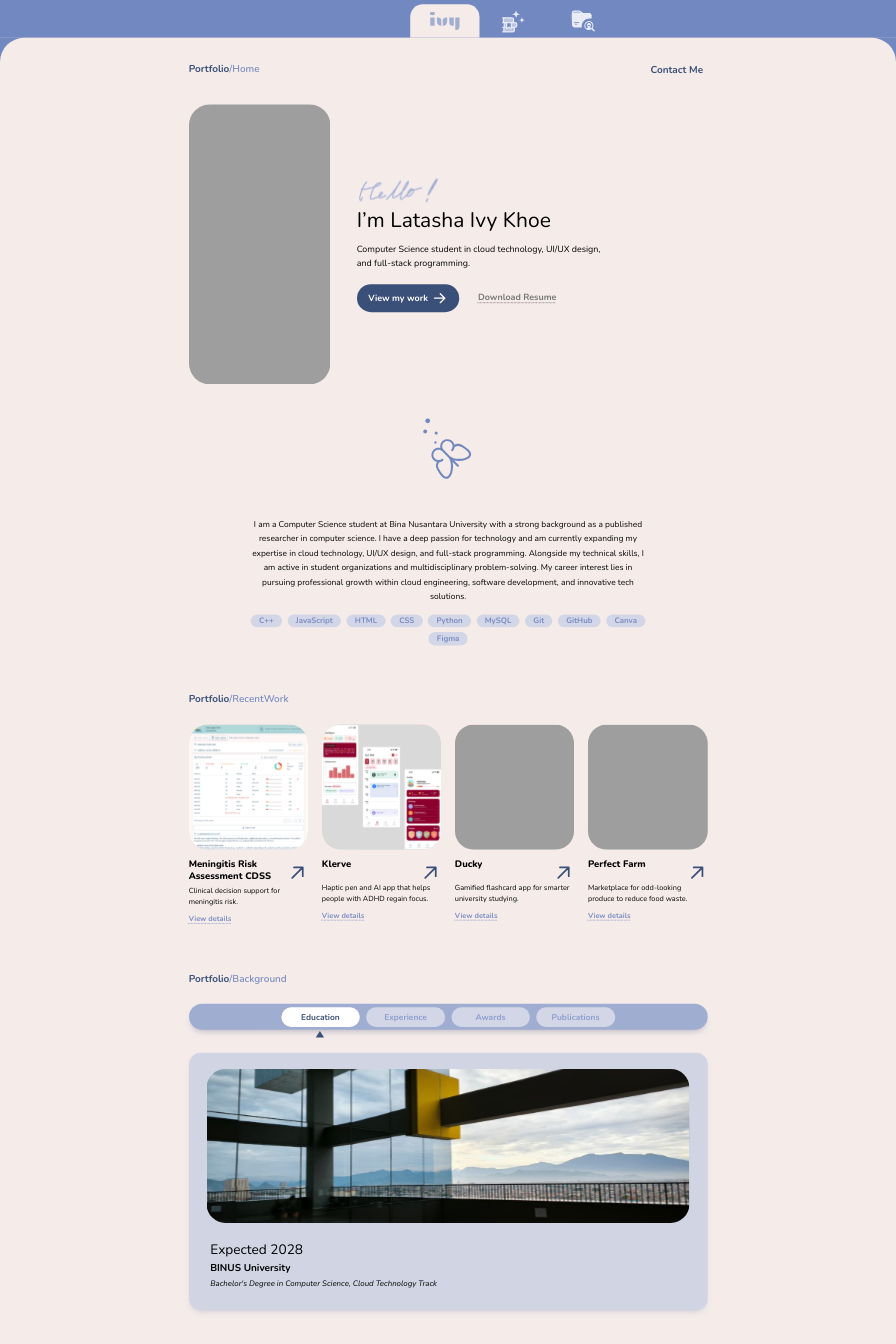
Repository: L-vy/L-vy
Page: /
These files come from the project's save history. The page is drawn as it stood at one moment and after a run of saves; the edit follows.
The browser window is 1280 px wide. The pictures show the part of the page from y = 0 to 1920 px (the page is 2297 px tall before and 2872 px after), at 70% of full size.
Pictures or frames that could not be fetched are drawn as grey boxes. Some web fonts or font styles are not loaded; a fallback is used. The project was rebuilt for these pictures with package versions that can differ from the ones it lists, and the page was loaded fresh each time. Also part of the build but not shown: vite.config.ts, src/components/ExperienceBinder.tsx, src/components/FolderCard.tsx, src/components/ProjectSidebar.tsx, src/pages/ProjectDetails.tsx.

Above is the page before, as saved 2026-10-07 20:44:59.

### index.html
<!doctype html>
<html lang="en">
  <head>
    <meta charset="UTF-8" />
    <meta name="viewport" content="width=device-width, initial-scale=1.0" />
    <meta name="description" content="Portfolio of Latasha Ivy Khoe, Computer Science student specializing in Cloud Technology, UI/UX design and full-stack development." />
    <meta name="theme-color" content="#7288c1" />
    <link rel="icon" href="/images/ivy-logo.svg" />
    <link rel="preconnect" href="https://fonts.googleapis.com" />
    <link rel="preconnect" href="https://fonts.gstatic.com" crossorigin />
    <link href="https://fonts.googleapis.com/css2?family=Nunito:ital,wght@0,400;0,600;0,700;0,800;1,400&family=Playwrite+US+Modern:wght@100..400&display=swap" rel="stylesheet" />
    <title>Latasha Ivy Khoe | Portfolio</title>
  </head>
  <body>
    <div id="root"></div>
    <script type="module" src="/src/main.tsx"></script>
  </body>
</html>

### src/main.tsx
import { StrictMode } from 'react'
import { createRoot } from 'react-dom/client'
import App from './App'
import './styles.css'
createRoot(document.getElementById('root')!).render(<StrictMode><App /></StrictMode>)

### src/App.tsx
import { BrowserRouter, Route, Routes } from 'react-router-dom'
import Home from './pages/Home'
import ProjectDetails from './pages/ProjectDetails'
import CursorCircle from './components/CursorCircle'
export default function App() {
  return (
    <BrowserRouter>
      <CursorCircle />
      <Routes>
        <Route path="/" element={<Home />} />
        <Route path="/recentworks/:id" element={<ProjectDetails />} />
        <Route path="*" element={<Home />} />
      </Routes>
    </BrowserRouter>
  )
}

### src/pages/Home.tsx
import { useEffect } from 'react'
import { useLocation } from 'react-router-dom'
import Navbar from '../components/Navbar'
import Hero from '../components/Hero'
import Skills from '../components/Skills'
import RecentWorks from '../components/RecentWorks'
import Background from '../components/Background'
import ContactSection from '../components/ContactSection'
import Footer from '../components/Footer'
import { pulseContact, scrollToId } from '../components/useGoTo'
export default function Home() {
  const { state } = useLocation() as { state: { scrollTo?: string; pulse?: boolean } | null }
  useEffect(() => {
    if (!state?.scrollTo) { window.scrollTo(0, 0); return }
    const t = setTimeout(() => { scrollToId(state.scrollTo!); if (state.pulse) setTimeout(pulseContact, 700) }, 80)
    return () => clearTimeout(t)
  }, [state])
  return (<>
    <Navbar />
    <main className="page"><Hero /><Skills /><RecentWorks /><Background /><ContactSection /></main>
    <Footer />
  </>)
}

### src/components/CursorCircle.tsx
import { useEffect, useRef } from 'react'
// Soft circle that follows the pointer and expands over buttons/links. Hidden on touch devices.
export default function CursorCircle() {
  const ref = useRef<HTMLDivElement>(null)
  useEffect(() => {
    if (!window.matchMedia('(hover: hover) and (pointer: fine)').matches) return
    const el = ref.current!
    const move = (e: MouseEvent) => {
      const over = (e.target as Element | null)?.closest('a,button,[data-cursor]')
      el.style.transform = `translate(${e.clientX}px,${e.clientY}px) translate(-50%,-50%) scale(${over ? 1 : 0})`
    }
    const leave = () => { el.style.transform = 'translate(-100px,-100px) scale(0)' }
    window.addEventListener('mousemove', move); document.addEventListener('mouseleave', leave)
    return () => { window.removeEventListener('mousemove', move); document.removeEventListener('mouseleave', leave) }
  }, [])
  return <div ref={ref} className="cursor-circle" aria-hidden="true" />
}

### src/components/Navbar.tsx
import { useEffect, useState } from 'react'
import Icon from './Icon'
import { site } from '../data/site'
import { useGoTo } from './useGoTo'
const tabs = [
  { id: 'home', label: 'Home' },
  { id: 'recent-works', label: 'Recent Works' },
  { id: 'background', label: 'Background' },
]
export default function Navbar() {
  const go = useGoTo(); const [active, setActive] = useState('home')
  useEffect(() => {
    const io = new IntersectionObserver((es) => es.forEach(e => e.isIntersecting && setActive(e.target.id)), { rootMargin: '-40% 0px -55% 0px' })
    tabs.forEach(t => { const el = document.getElementById(t.id); el && io.observe(el) })
    return () => io.disconnect()
  }, [])
  return (
    <header className="nav">
      <nav className="nav-tabs" aria-label="Primary">
        {tabs.map(t => (
          <button key={t.id} className={`nav-tab ${active === t.id ? 'active' : ''}`} aria-label={t.label}
            aria-current={active === t.id ? 'page' : undefined} onClick={() => go(t.id)}>
            {t.id === 'home' ? <img src={site.images.logo} alt="" /> : t.id === 'recent-works' ? <Icon name="recent-works" size={34} /> : <Icon name="background" size={34} />}
          </button>
        ))}
      </nav>
    </header>
  )
}

### src/components/Hero.tsx
import Icon from './Icon'
import { site } from '../data/site'
import { useGoTo } from './useGoTo'
export default function Hero() {
  const go = useGoTo()
  return (
    <section id="home" className="hero">
      <div className="hero-top"><p className="path"><b>Portfolio</b>/Home</p><button className="contact-link" onClick={() => go('contact', true)}>Contact Me</button></div>
      <div className="hero-grid">
        <img className="hero-photo" src={site.images.profile} alt={`Portrait of ${site.name}`} width={100} height={400} />
        <div>
          <img className="hello" src={site.images.hello} alt="Hello!" />
          <h1>I’m {site.name}</h1>
          <p className="lead">{site.bio}</p>
          <div className="actions">
            <button className="btn" onClick={() => go('recent-works')}>View my work <Icon name="arrow-right" size={22} /></button>
            <a className="link-dotted grey" href={site.resume} download>Download Resume</a>
          </div>
        </div>
      </div>
      <img className="butterfly" src={site.images.butterfly} alt="" />
    </section>
  )
}

### src/components/Skills.tsx
import { site } from '../data/site'
import Reveal from './Reveal'
export default function Skills() {
  return (
    <Reveal className="intro">
      <p className="intro-text">{site.about}</p>
      <ul className="pills" aria-label="Skills">{site.skills.map(s => <li key={s} className="pill">{s}</li>)}</ul>
    </Reveal>
  )
}

### src/components/RecentWorks.tsx
import { projects } from '../data/projects'
import ProjectCard from './ProjectCard'
import Reveal from './Reveal'
export default function RecentWorks() {
  return (
    <section id="recent-works" className="section">
      <p className="path"><b>Portfolio</b>/RecentWork</p>
      <Reveal className="cards">{projects.slice(0, 4).map(p => <ProjectCard key={p.id} p={p} />)}</Reveal>
    </section>
  )
}

### src/components/Background.tsx
import { useState } from 'react'
import { education, awards, publications } from '../data/background'
import ExperienceBinder from './ExperienceBinder'
import FolderCard from './FolderCard'
import Reveal from './Reveal'
const tabs = ['Education', 'Experience', 'Awards', 'Publications'] as const
type Tab = typeof tabs[number]
export default function Background() {
  const [tab, setTab] = useState<Tab>('Education')
  return (
    <section id="background" className="section">
      <p className="path"><b>Portfolio</b>/Background</p>
      <div className="tabbar" role="tablist" aria-label="Background categories">
        {tabs.map(t => (
          <div key={t} className="tabwrap">
            <button role="tab" aria-selected={tab === t} className={`tab ${tab === t ? 'on' : ''}`} onClick={() => setTab(t)}>{t}</button>
            {tab === t && <span className="pointer" aria-hidden="true" />}
          </div>))}
      </div>
      <div className={`panel ${tab === 'Experience' ? 'bound' : ''}`}>
        <Reveal key={tab} className="fill">
          {tab === 'Education' && (
            <div className="banner">
              <img className="banner-img" src={education.image} alt="BINUS University" loading="lazy" />
              <div className="tx"><h2 className="fx">{education.year}</h2><h3>{education.school}</h3><p>{education.degree}</p></div>
            </div>)}
          {tab === 'Experience' && <ExperienceBinder />}
          {tab === 'Awards' && <div className="folders">{awards.map(c => <FolderCard key={c.title} c={c} />)}</div>}
          {tab === 'Publications' && <div className="folders">{publications.map(c => <FolderCard key={c.title} c={c} />)}</div>}
        </Reveal>
      </div>
    </section>
  )
}

### src/components/ContactSection.tsx
import Icon from './Icon'
import { useGoTo } from './useGoTo'
export default function ContactSection() {
  const go = useGoTo()
  return (
    <section id="contact" className="contact">
      <h2>Interested in <b>Working Together?</b></h2>
      <button className="btn blue" onClick={() => go('contact', true)}>Get in Touch <Icon name="butterfly-cursor" size={34} /></button>
    </section>
  )
}

### src/components/Footer.tsx
import { useEffect, useState } from 'react'
import Icon from './Icon'
import { site, socialLinks } from '../data/site'
const items = [
  { k: 'email', label: 'Email', icon: 'mail' }, { k: 'whatsapp', label: 'WhatsApp', icon: 'whatsapp' },
  { k: 'github', label: 'GitHub', icon: 'github' }, { k: 'linkedin', label: 'LinkedIn', icon: 'linkedin' }, { k: 'instagram', label: 'Instagram', icon: 'instagram' },
] as const
export default function Footer() {
  const [pulse, setPulse] = useState('')
  useEffect(() => {
    const run = () => { setPulse('email'); setTimeout(() => setPulse('whatsapp'), 600); setTimeout(() => setPulse(''), 1300) }
    window.addEventListener('contact-pulse', run); return () => window.removeEventListener('contact-pulse', run)
  }, [])
  return (
    <footer className="footer">
      <ul>{items.map(({ k, label, icon }) => (<li key={k}><a href={socialLinks[k]} aria-label={label} target={k === 'email' ? undefined : '_blank'} rel="noreferrer" className={`ci ${pulse === k ? 'pulse' : ''}`}><Icon name={icon} size={40} /></a></li>))}</ul>
      <p className="footer-by">{site.footer.by}<br />{site.footer.release}</p>
    </footer>
  )
}

### src/components/useGoTo.ts
import { useLocation, useNavigate } from 'react-router-dom'
export const pulseContact = () => window.dispatchEvent(new Event('contact-pulse'))
export function scrollToId(id: string) {
  if (id === 'contact') { window.scrollTo({ top: document.documentElement.scrollHeight, behavior: 'smooth' }); return }
  document.getElementById(id)?.scrollIntoView({ behavior: 'smooth', block: 'start' }) }
/** Navigate to a section on the home page from anywhere. */
export function useGoTo() {
  const nav = useNavigate(); const { pathname } = useLocation()
  return (id: string, pulse = false) => {
    if (pathname === '/') { scrollToId(id); if (pulse) setTimeout(pulseContact, 700) }
    else nav('/', { state: { scrollTo: id, pulse } })
  }
}

### src/components/Icon.tsx
export default function Icon({ name, size = 24, raw = false }: { name: string; size?: number; raw?: boolean }) {
  if (raw) return <img className="icon" src={`/icons/${name}.svg`} alt="" width={size} height={size} />
  const mask = `url(/icons/${name}.svg) center / contain no-repeat`
  return <span className="icon" aria-hidden="true" style={{ display: 'inline-block', width: size, height: size, backgroundColor: 'currentColor', WebkitMask: mask, mask }} />
}

### src/data/site.ts
export const site = {
  name: 'Latasha Ivy Khoe',
  headline: 'Computer Science Student, Cloud Technology',
  bio: 'Computer Science student in cloud technology, UI/UX design, and full-stack programming.',
  about: 'I am a Computer Science student at Bina Nusantara University with a strong background as a published researcher in computer science. I have a deep passion for technology and am currently expanding my expertise in cloud technology, UI/UX design, and full-stack programming. Alongside my technical skills, I am active in student organizations and multidisciplinary problem-solving. My career interest lies in pursuing professional growth within cloud engineering, software development, and innovative tech solutions.',
  skills: ['C++', 'JavaScript', 'HTML', 'CSS', 'Python', 'MySQL', 'Git', 'GitHub', 'Canva', 'Figma'],
  footer: { by: 'By Ivy', release: 'Release Oct 2026' },
  resume: '/resume/ivy-resume.pdf',
  images: { profile: '/images/profile.svg', logo: '/images/ivy-logo.svg', hello: '/images/hello.svg', butterfly: '/images/butterfly.svg' },
}
export const socialLinks = {
  email: 'mailto:latasha.ivy.khoe.2006@gmail.com',
  whatsapp: 'https://wa.me/6282122269122',
  github: 'https://github.com/L-vy',
  linkedin: 'https://www.linkedin.com/in/latasha-ivy-khoe',
  instagram: 'https://www.instagram.com/livy_khu',
}

### src/components/Reveal.tsx
import { useEffect, useRef, useState, type ReactNode } from 'react'
export default function Reveal({ children, className = '' }: { children: ReactNode; className?: string }) {
  const ref = useRef<HTMLDivElement>(null); const [on, setOn] = useState(false)
  useEffect(() => {
    const io = new IntersectionObserver(([e]) => { if (e.isIntersecting) { setOn(true); io.disconnect() } }, { threshold: 0.1 })
    if (ref.current) io.observe(ref.current); return () => io.disconnect()
  }, [])
  return <div ref={ref} className={`reveal ${on ? 'in' : ''} ${className}`}>{children}</div>
}

### src/components/ProjectCard.tsx
import { Link } from 'react-router-dom'
import Icon from './Icon'
import type { Project } from '../data/projects'
export default function ProjectCard({ p }: { p: Project }) {
  return (
    <article className="card">
      <Link to={`/recentworks/${p.id}`} className="card-img" aria-label={`Open ${p.title}`}>
        <img src={p.image} alt={`${p.title} screenshot`} loading="lazy" width={400} height={420} />
      </Link>
      <div className="card-title"><h3 className="clamp" title={p.title}>{p.title}</h3><Icon name="arrow-up-right" size={30} /></div>
      <p className="card-sum">{p.shortDescription}</p>
      <div className="card-links">
        <Link className="link-dotted" to={`/recentworks/${p.id}`}>View details</Link>
      </div>
    </article>
  )
}

### src/data/background.ts
export interface CardEntry { title: string; sub: string; text: string; date: string; image?: string; link?: string; hint?: string }
export interface OrgItem { title: string; text: string; listTitle: string; list: string[] }
export const education = { image: '/images/education.svg', year: 'Expected 2028', school: 'BINUS University', degree: "Bachelor's Degree in Computer Science, Cloud Technology Track" }
// In text fields, **double asterisks** render as bold.
export interface OrgItem { title: string; text: string; listTitle: string; list: string[]; photos?: string[] }
export const experience = {
  organization: [
    { title: 'Bina Nusantara Computer Club', listTitle: 'Roles', list: ['Learning and Training (LnT) Staff of Board 37'],
      photos: ['/images/experience/bncc-1.svg', '/images/experience/bncc-2.svg', '/images/experience/bncc-3.svg'],
      text: 'Active contributor and leader managing community programs, educational initiatives, and large-scale tech events. Experienced in front-end class coordination, design direction (mood boards, branding, and digital assets), and seamless online event execution via Zoom.' },
    { title: 'Lab Curiosity', listTitle: 'Competitions', list: ['GoGlobal Innovators Challenge 2025 (UK & SEA Edition)', 'The 6th WINACTION International Business Model Canvas Competition', 'Agrivition Pekan Penalaran'],
      text: 'Active member and innovator collaborating with multidisciplinary, multicultural teams to design business models and pitch SDG-driven solutions. Experienced in professional training focused on advanced problem-solving, teamwork, and high-impact presentations.' },
  ] as OrgItem[],
  leadership: { title: 'Freshmen Leader & Partner', subtitle: 'First Year Program BINUSIAN 29',
    photos: ['/images/experience/lead-1.svg', '/images/experience/lead-2.svg', '/images/experience/lead-3.svg'],
    text: 'Experienced student leader who guided incoming freshmen through university orientation, mentored student groups, and facilitated classroom sessions. Delivered presentations on institutional values and coordinated a community tree planting project aligned with the SDGs.' },
  other: { title: 'IJSRS 2026', subtitle: 'Presenting in a Student Research Symposium',
    photos: ['/images/experience/ijsrs-1.svg', '/images/experience/ijsrs-2.svg'],
    text: 'Presented an ongoing research project titled "**Intelliseed: a drone for reforestation**" at the symposium. An autonomous seed-planting drone system that utilizes sensors and remote mapping to perform automated, cost-effective reforestation in hard-to-reach areas.' },
}
// Add `image: '/images/awards/xyz.svg'` to a card to replace its gray placeholder.
export const awards: CardEntry[] = [
  { title: 'WINACTION International Business Model Canvas Competition', sub: 'Top 4 Finalist', date: '05.2025', image: '/images/awards/winaction.svg',
    text: 'Developed Morive, a compact solar-powered atmospheric water generator using local moringa-seed filtration to address water scarcity.' },
  { title: 'Agrivition Pekan Penalaran', sub: 'Finalist', date: '12.2024', image: '/images/awards/agrivition.svg',
    text: 'Designed a regenerative agriculture framework combining drip irrigation, biochar, and vermicomposting to tackle drought and porous soil.' },
]
// TODO: replace the example.com links with the real paper URLs.
export const publications: CardEntry[] = [
  { title: 'Application of First-Order Markov Chain Models in Earthquake Activity Prediction', sub: 'IEEE INFINITYS 2026', date: '2026', link: 'https://ieeexplore.ieee.org/document/11665972', image: '/images/publications/infinitys.svg',
    hint: '2026 IEEE International Conference on Instrumentation, Networks, Future Sustainability, Information Theory, Transportation, and Systems',
    text: 'Explored first-order Markov chain models to analyze and forecast patterns in earthquake activity in Indonesia.' },
  { title: 'Cost sensitive ordinal classification for meningitis risk stratification considering clinical aspects to minimize false negatives', sub: 'ICCSCI 2026', date: '2026', link: 'https://www.sciencedirect.com/science/article/pii/S1877050926029558', image: '/images/publications/iccsci.svg',
    hint: 'The 11th International Conference on Computer Science and Computational Intelligence 2026',
    text: 'Investigated cost-sensitive ordinal classification to minimize false negatives in meningitis risk stratification using clinical metrics.' },
]

Loaded but not shown: src/styles.css (191 lines, source omitted); src/data/projects.ts (42 lines, source omitted)

After the next 2 saves:
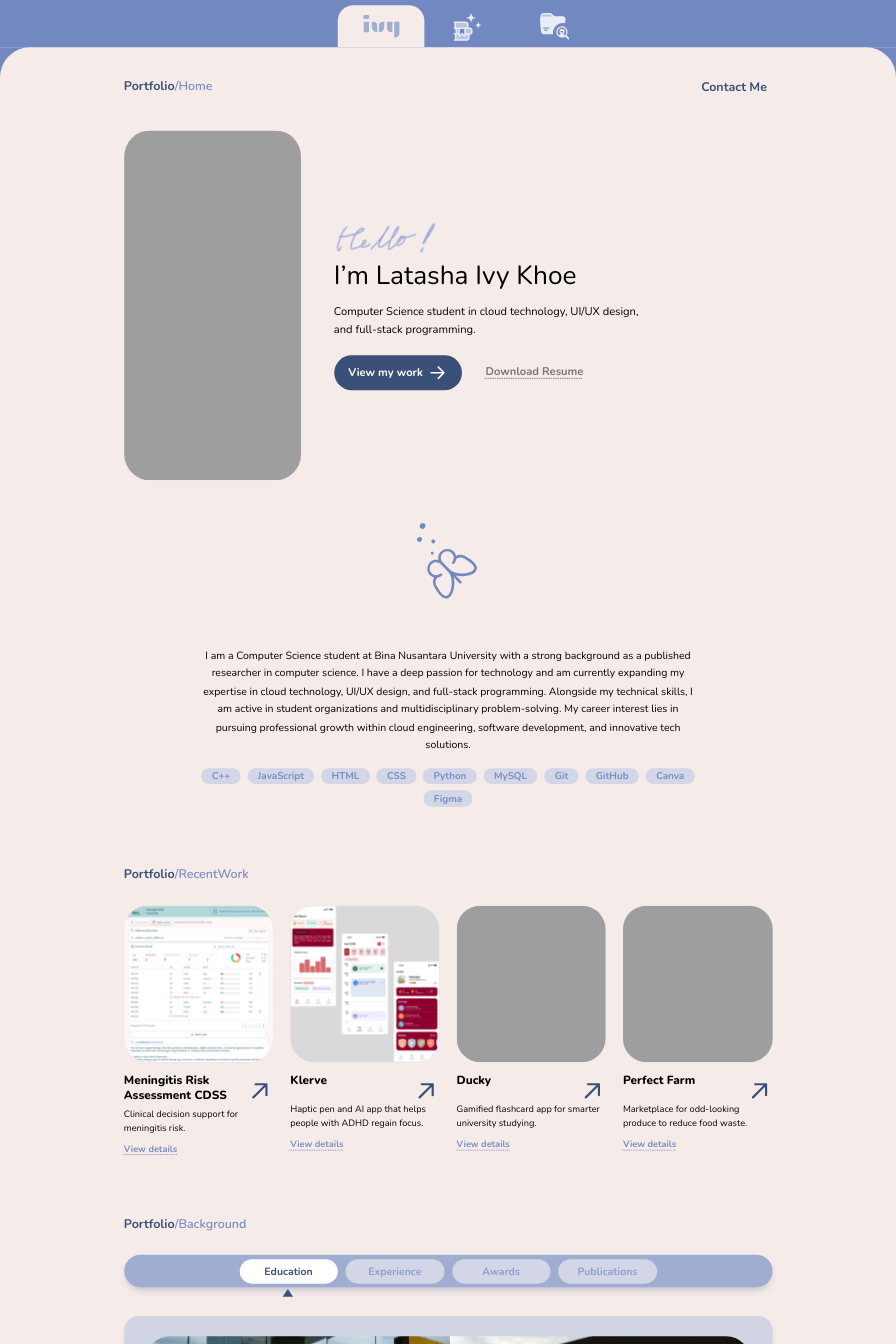
The 2 saves are shown as one change because 1 did not build or start.
The last was saved 9 min 9 s later.
--- a/src/pages/Home.tsx
+++ b/src/pages/Home.tsx
@@ -15,9 +15,13 @@ export default function Home() {
     const t = setTimeout(() => { scrollToId(state.scrollTo!); if (state.pulse) setTimeout(pulseContact, 700) }, 80)
     return () => clearTimeout(t)
   }, [state])
-  return (<>
+  return (
+  <div style={{transform: 'scale(1.25)',transformOrigin: 'top left',width: '80%'}}>
+    <>
     <Navbar />
     <main className="page"><Hero /><Skills /><RecentWorks /><Background /><ContactSection /></main>
     <Footer />
-  </>)
+    </>
+  </div>
+  )
 }
